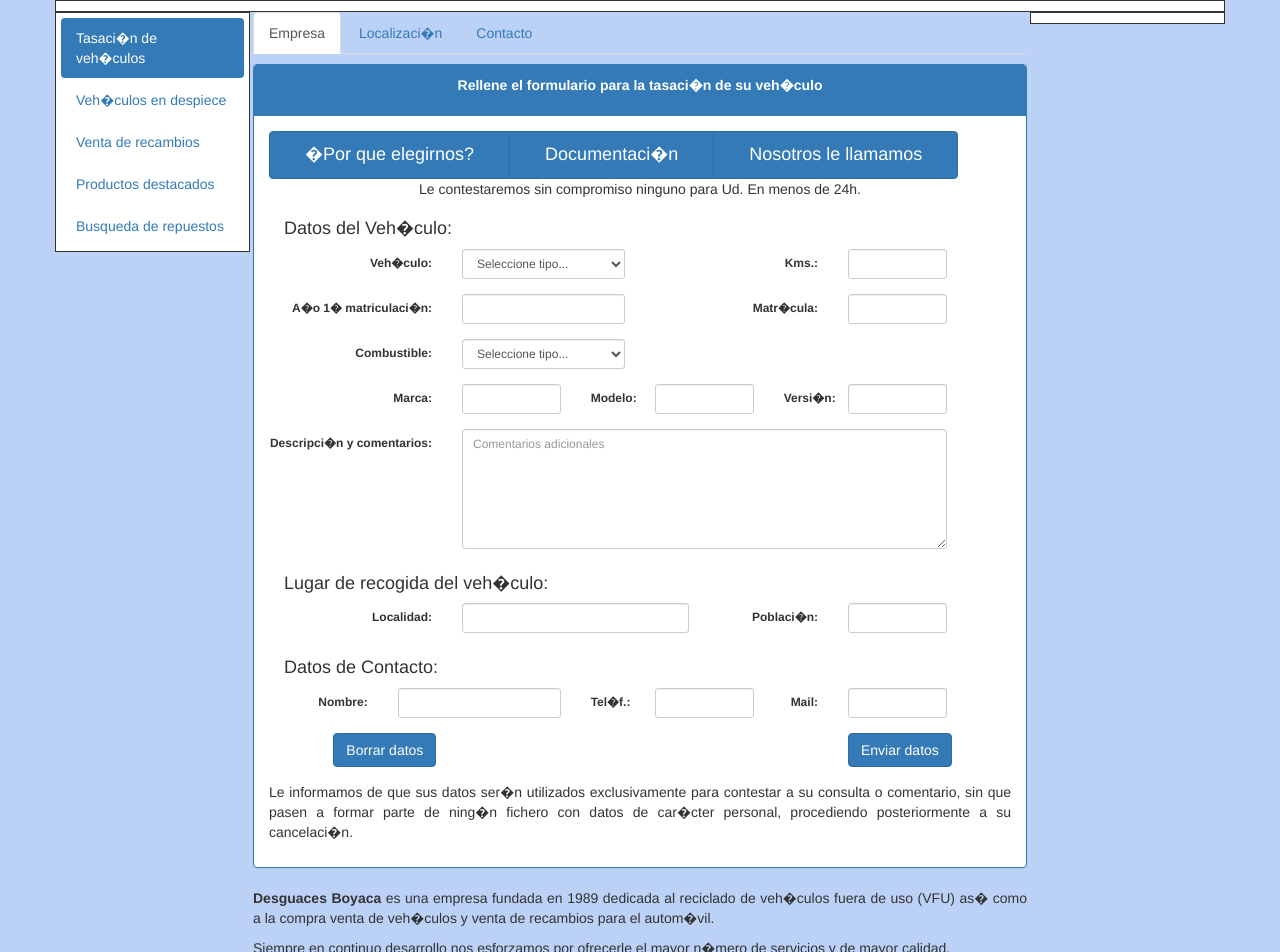
Repository: surrius/pruBoyaca
Page: http://localhost/
An editor plug-in stored every save of this project. The page is shown before and after the next save, followed by the edit.
The browser window is 1280 px wide. The pictures show the part of the page from y = 0 to 952 px (the page is 2669 px tall).
The page is run by PHP 8.4 with error messages shown; the project is at /var/www/html/.

Above is the page before, as saved 2016-03-02 11:34:30.

### Boyaca/index.php
<!DOCTYPE html>
<html lang="es">
  <head>
<!-- 	<meta http-equiv="Content-Type" content="text/html"; charset=utf-8"/>  -->
	<meta content="text/html; charset=iso-8859-1" http-equiv=Content-Type>
    <meta http-equiv="X-UA-Compatible" content="IE=edge">
    <meta name="viewport" content="width=device-width, initial-scale=1">
    <title>Autodesguaces Boyaca</title>

    <!-- Bootstrap -->
    <link href="bootstrap/css/bootstrap.min.css" rel="stylesheet">
    <link href="css/boyaca_css.css" rel="stylesheet">
    <link type="text/css" rel="stylesheet" href="css/font-awesome.min.css"/>
    <!-- jQuery (necessary for Bootstrap's JavaScript plugins) -->
    <script src="js/jquery-1.12.0.min.js"></script>
    <!-- Include all compiled plugins (below), or include individual files as needed -->
    <script src="bootstrap/js/bootstrap.min.js"></script>

    <!-- HTML5 Shim and Respond.js IE8 support of HTML5 elements and media queries -->
    <!-- WARNING: Respond.js doesn't work if you view the page via file:// -->
    <!--[if lt IE 9]>
      <script src="https://oss.maxcdn.com/libs/html5shiv/3.7.0/html5shiv.js"></script>
      <script src="https://oss.maxcdn.com/libs/respond.js/1.4.2/respond.min.js"></script>
    <![endif]-->
  </head>
  <body>
  	<div class="container">
  		<!-- Cabecera -->
  		<?php include "includes/main/head.php" ?>

      <!-- Parte central de interaccion con el MENU1 y el MENU2 -->
      <?php include "includes/main/central.php" ?>

      <!-- Pie de pÃ¡gina -->
      <?php include "includes/main/footer.php" ?>
  	</div>
  </body>
</html>

### Boyaca/includes/main/head.php
<!-- DIV contenedor de la cabecera -->

<div class="row prueba">

</div>

### Boyaca/includes/main/central.php

<!-- DIV contenedor de la informaciÃ³n seleccionada por el usuario desde el MENU1 y el MENU2 -->

<div class="row">
	<!-- Botonera del MENU 1 -->
	<div class="col-sm-2 prueba">
		<ul class="nav nav-pills nav-stacked">
			<li role="presentation" class="active"><a href="#">Tasación de vehículos</a></li>
			<li role="presentation"><a href="#">Vehículos en despiece</a></li>
			<li role="presentation"><a href="#">Venta de recambios</a></li>
			<li role="presentation"><a href="#">Productos destacados</a></li>
			<li role="presentation"><a href="#">Busqueda de repuestos</a></li>
		</ul>
	</div>

	<!-- div que recibirÃ¡ las pantallas segun la opcion de los MENUS que se pulse -->
	<div id="central" class="col-sm-8 menu-central">
		<ul class="nav nav-tabs">
			<li role="presentation" class="active">
				<a href="#">Empresa</a>
			</li>
			<li role="presentation">
				<a href="#">Localización</a>
			</li>
			<li role="presentation">
				<a href="#">Contacto</a>
			</li>
		</ul>

		<!-- Div donde se cargarÃ¡n todas las pantallas del MENU 2 -->
		<div id="cargaMenu2" class="carga-menu2">
			<!-- QUitar --> <?php include "includes/menu2/tasacion.php" ?>
			<!-- QUitar --> <?php include "includes/menu2/inicio.php" ?>
			<!-- QUitar --> <?php include "includes/menu2/localizacion.php" ?>
			<!-- QUitar --> <?php include "includes/menu2/contacto.php" ?>
		</div>
	</div>

	<!-- Area de Noticias y sellos autorizados -->
	<div class="col-sm-2 prueba">

	</div>
</div>

### Boyaca/includes/menu2/tasacion.php
<div class="panel panel-primary">
	<div class="panel-heading">
		<p class="text-center">
			<strong>Rellene el formulario para la tasación de su vehículo</strong>
		</p>
	</div>
	<div class="panel-body">
		<!-- Botones de ayuda tasaciones -->
		<div class="btn-group">
			<div class="btn-group">
				<button id="botTasPorque" class="btn btn-primary bot-tasacion">¿Por que elegirnos?</button>
			</div>
			<div class="btn-group">
				<button id="botTasDocu" class="btn btn-primary bot-tasacion">Documentación</button>
			</div>
			<div class="btn-group">
				<button id="botTasCall" class="btn btn-primary bot-tasacion">Nosotros le llamamos</button>
			</div>
		</div>

		<p class="text-center">
			Le contestaremos sin compromiso ninguno para Ud. En menos de 24h.
		</p>
		<h4 class="col-sm-12">Datos del Vehículo:</h4>
		<form id="datosTasacion" class="form-horizontal">
			<div class="form-group form-group-sm">
			<!-- Tipo de Vehículo -->
				<label for="inputVehiculo" class="col-sm-3 control-label">Vehículo:</label>
				<div class="col-sm-3">
					<select id="inputVehiculo" class="form-control">
						<option value="00">Seleccione tipo...</option>
						<option value="01">Coche</option>
						<option value="02">Furgoneta</option>
						<option value="03">Moto</option>
					</select>
				</div>
			<!-- Kilometros -->
				<label for="kilometros" class="col-sm-1  col-md-offset-2 control-label">Kms.:</label>
				<div class="col-sm-2">
					<input type="text" class="form-control" id="kilometros" placeholder="">
				</div>
			</div>

			<!-- Año Matriculación -->
			<div class="form-group form-group-sm">
				<label for="anyoMatricula" class="col-sm-3 control-label">Año 1ª matriculación:</label>
				<div class="col-sm-3">
					<input type="text" class="form-control" id="anyoMatricula" placeholder="">
				</div>
			<!-- Matricula -->
				<label for="matricula" class="col-sm-3 control-label">Matrícula:</label>
				<div class="col-sm-2">
					<input type="text" class="form-control" id="matricula" placeholder="">
				</div>
			</div>

			<!-- Combustible -->
			<div class="form-group form-group-sm">
				<label for="inputCombustible" class="col-sm-3 control-label">Combustible:</label>
				<div class="col-sm-3">
					<select id="inputCombustible" class="form-control">
						<option value="00">Seleccione tipo...</option>
						<option value="01">Gasolina</option>
						<option value="02">Diesel</option>
						<option value="03">Híbrido</option>
					</select>
				</div>
			</div>

			<!-- Datos del vehículo -->
			<div class="form-group form-group-sm">
			<!-- Marca -->
				<label for="inputMarca" class="col-sm-3 control-label">Marca:</label>
				<div class="col-sm-2">
					<input type="text" class="form-control" id="inputMarca" placeholder="">
				</div>
			<!-- Modelo -->
				<label for="inputModelo" class="col-sm-1 control-label">Modelo:</label>
				<div class="col-sm-2">
					<input type="text" class="form-control" id="inputModelo" placeholder="">
				</div>
			<!-- Version -->
				<label for="inputVersion" class="col-sm-1 control-label">Versión:</label>
				<div class="col-sm-2">
					<input type="text" class="form-control" id="inputVersion" placeholder="">
				</div>
			</div>

			<!-- Descripción y comentarios -->
			<div class="form-group form-group-sm">
				<label for="inputDescripcion" class="col-sm-3 control-label">Descripción y comentarios:</label>
				<div class="col-sm-8">
					<textarea class="form-control" id="inputDescripcion" rows="6" placeholder="Comentarios adicionales"></textarea>
				</div>
			</div>

			<!-- Lugar de recogida -->
			<h4 class="col-sm-12">Lugar de recogida del vehículo:</h4>
			<div class="form-group form-group-sm">
			<!-- Localidad -->
				<label for="inputLocalidad" class="col-sm-3 control-label">Localidad:</label>
				<div class="col-sm-4">
					<input type="text" class="form-control" id="inputLocalidad" placeholder="">
				</div>
			<!-- Población -->
				<label for="inputPoblacion" class="col-sm-2 control-label">Población:</label>
				<div class="col-sm-2">
					<input type="text" class="form-control" id="inputPoblacion" placeholder="">
				</div>
			</div>

			<!-- Datos de Contacto -->
			<h4 class="col-sm-12">Datos de Contacto:</h4>
			<div class="form-group form-group-sm">
			<!-- Marca -->
				<label for="inputMarca" class="col-sm-2 control-label">Nombre:</label>
				<div class="col-sm-3">
					<input type="text" class="form-control" id="inputMarca" placeholder="">
				</div>
			<!-- Modelo -->
				<label for="inputModelo" class="col-sm-1 control-label">Teléf.:</label>
				<div class="col-sm-2">
					<input type="text" class="form-control" id="inputModelo" placeholder="">
				</div>
			<!-- Version -->
				<label for="inputVersion" class="col-sm-1 control-label">Mail:</label>
				<div class="col-sm-2">
					<input type="text" class="form-control" id="inputVersion" placeholder="">
				</div>
			</div>

			<!-- Boton Limpiar formulario -->
			<div class="form-group form-group-sm">
				<div class="col-sm-3 col-md-offset-1">
					<button id="botTasaLimpiar" type="submit" class="btn btn-primary">Borrar datos</button>
				</div>
			<!-- Boton de envio de datos -->
				<div class="col-sm-3 col-md-offset-5">
					<button id="botTasaEnviar" type="submit" class="btn btn-primary">Enviar datos</button>
				</div>
			</div>
			<p class="text-justify">
				Le informamos de que sus datos serán utilizados exclusivamente para contestar a su consulta o comentario, sin que pasen a formar parte de ningún
				fichero con datos de carácter personal, procediendo posteriormente a su cancelación.
			</p>
		</form>
	</div>
</div>

### Boyaca/includes/menu2/inicio.php
<!--
/* **************************************************************** */
/* **************************************************************** */
/*				Codigo HTML de la pagina de Inicio					*/
/* **************************************************************** */
/* **************************************************************** */
-->
<div class="margenes">
	<p class="text-justify">
		<strong>Desguaces Boyaca</strong> es una empresa fundada en 1989 dedicada al reciclado de vehículos fuera de uso (VFU) así como a la compra venta de
		vehículos y venta de recambios para el automóvil.
	</p>
	<p class="text-justify">
		Siempre en continuo desarrollo nos esforzamos por ofrecerle el mayor número de servicios y de mayor calidad.
	</p>
	<p class="text-justify">
		Compramos su vehículo siniestrado o averiado. Nosotros nos ocupamos de todo: grua, baja de tráfico, transferencia etc... y sin
		ningún coste para usted.
	</p>
	<p class="text-justify">
		Más de 15.000 recambios en stock, todos revisados y garantizados.
	</p>
</div>

<div class="embed-responsive embed-responsive-16by9">
  	<iframe class="embed-responsive-item" src="https://www.youtube.com/embed/ho7oXw0vpfE"></iframe>
</div>

### Boyaca/includes/menu2/localizacion.php
<!--
/* **************************************************************** */
/* **************************************************************** */
/*				Codigo HTML de la pagina de Localizacion			*/
/* **************************************************************** */
/* **************************************************************** */
-->

<div class="margenes">
	<p class="text-justify">
		<strong>Nota:</strong> Inicie sesión en Google si desea interactuar con la ubicación de su casa, trabajo u otros sitios e
		información que tenga guardados.
	</p>
</div>

<div class="embed-responsive embed-responsive-16by9">
	<iframe src="https://www.google.com/maps/embed?pb=!1m14!1m8!1m3!1d97476.31931069591!2d-3.638363!3d40.228301!3m2!1i1024!2i768!4f13.1!3m3!1m2!1s0x0%3A0x76fb7586fd66fec5!2sDesguaces+Boyac%C3%A1!5e0!3m2!1ses!2sus!4v1454864953410" width="600" height="450" frameborder="0" style="border:0" allowfullscreen></iframe>
</div>

### Boyaca/includes/menu2/contacto.php
<div class="panel panel-primary">
	<div class="panel-heading">
		<p class="text-center"><strong>Rellene el formulario para contactar con nosotros</strong></p>
	</div>
	<div class="panel-body">
		<p class="text-justify">
			Puede contactar con nosotros rellenado el siguiente formulario o en la dirección info@desguacesboyaca.es.
		</p>
		<form id="datosContacto" class="form-horizontal">
			<!-- Nombre y apellidos -->
			<div class="form-group">
				<label for="inputNombre" class="col-sm-3 control-label">Nombre y apellidos</label>
				<div class="col-sm-8">
					<input type="text" class="form-control" id="inputNombre" placeholder="Nombre y apellidos">
				</div>
			</div>
			<!-- DirecciÃ³n -->
			<div class="form-group">
				<label for="inputDireccion" class="col-sm-3 control-label">Dirección</label>
				<div class="col-sm-8">
					<input type="text" class="form-control" id="inputDireccion" placeholder="Dirección">
				</div>
			</div>
			<!-- TelÃ©fono -->
			<div class="form-group">
				<label for="inputTelefono" class="col-sm-3 control-label">Teléfono</label>
				<div class="col-sm-8">
					<input type="email" class="form-control" id="inputTelefono" placeholder="Teléfono">
				</div>
			</div>
			<!-- Email -->
			<div class="form-group">
				<label for="inputEmail" class="col-sm-3 control-label">Email</label>
				<div class="col-sm-8">
					<input type="email" class="form-control" id="inputEmail" placeholder="Email">
				</div>
			</div>
			<!-- Consulta -->
			<div class="form-group">
				<label for="inputConsulta" class="col-sm-3 control-label">Consulta</label>
				<div class="col-sm-8">
					<textarea class="form-control" id="inputConsulta" rows="4" placeholder="Consulta"></textarea>
				</div>
			</div>
			<!-- Boton de envio de datos -->
			<div class="form-group">
				<div class="col-sm-3 pull-right">
					<button type="submit" class="btn btn-primary">Enviar datos</button>
				</div>
			</div>
			<p class="text-justify">
				Le informamos de que sus datos serán utilizados exclusivamente para contestar a su consulta o comentario, sin que pasen a formar parte de ningún
				fichero con datos de carácter personal, procediendo posteriormente a su cancelación.
			</p>
		</form>
	</div>
</div>

### Boyaca/includes/main/footer.php
<!-- DIV contenedor de el pie de página -->

<div class="row well">
	<footer class="footer">
		<p class="text-center">
			<span class="glyphicon glyphicon-globe" aria-hidden="true"></span>
			www.desguacesboyaca.es
		</p>
		<h6>
			<p class="text-center">Tramitar la baja de un coche | Desguaces en Madrid | Vender coche siniestrado</p>
		</h6>
	</footer>
</div>

### Boyaca/css/boyaca_css.css
/* **************************************************************** */
/* **************************************************************** */
/*  CSS con las clases externas a bootstrap usadas para el diseÃ±o   */
/*  de la pÃ¡gina web.												*/
/* **************************************************************** */
/* **************************************************************** */
/*//// QUITAR //////*/
.prueba {
  border: 1px;
  border-style: solid;
  padding: 5px;
  background-color: white;
}

/* **************************************************************** */


/* 					        Clases CSS sobre etiquetas html 				        */
/* **************************************************************** */

body {
  background-color: #bcd1f6;
}

/*          		           Nuevas clases CSS 							          */
/* **************************************************************** */

.menu-central {
	padding-left: 3px;
	padding-right: 3px;
}

.carga-menu2 {
	padding-bottom: 10px;
    padding-top: 10px;
}

.margenes {
	margin-bottom: 20px;
}

/* ************************ Pantalla de tasacion ************************ */
/* Animacion de los botones superiores de la pantalla de tasación - INI */
.bot-tasacion {
/* 	border: none; */
/* 	background: #3a7999; */
/* 	color: #f2f2f2; */
/* 	padding: 10px; */
	font-size: 18px;
/* 	border-radius: 5px; */
	position: relative;
	box-sizing: border-box;
	transition: all 500ms ease;
	padding: 10px 35px;
	overflow:hidden;
}

/* Botón Porque */
#botTasPorque.bot-tasacion:before {
	font-family: FontAwesome;
	content:"\f059";
	position: absolute;
	top: 11px;
	left: -30px;
	transition: all 200ms ease;
}

#botTasPorque.bot-tasacion:hover:before {
	left: 7px;
}

/* Botón Documentacion */
#botTasDocu.bot-tasacion:before {
	font-family: FontAwesome;
	content:"\f0f6";
	position: absolute;
	top: 11px;
	left: -30px;
	transition: all 200ms ease;
}

#botTasDocu.bot-tasacion:hover:before {
	left: 7px;
}

/* Botón Nosotros le llamamos */
#botTasCall.bot-tasacion:before {
	font-family: FontAwesome;
	content:"\f095";
	position: absolute;
	top: 11px;
	left: -30px;
	transition: all 200ms ease;
}

#botTasCall.bot-tasacion:hover:before {
	left: 7px;
}
/* Animacion de los botones superiores de la pantalla de tasación - FIN */
/* ******************************************************************** */

Loaded but not shown: Boyaca/bootstrap/css/bootstrap.min.css (library); Boyaca/css/font-awesome.min.css (library); Boyaca/js/jquery-1.12.0.min.js (library); Boyaca/bootstrap/js/bootstrap.min.js (library)

After the next save:
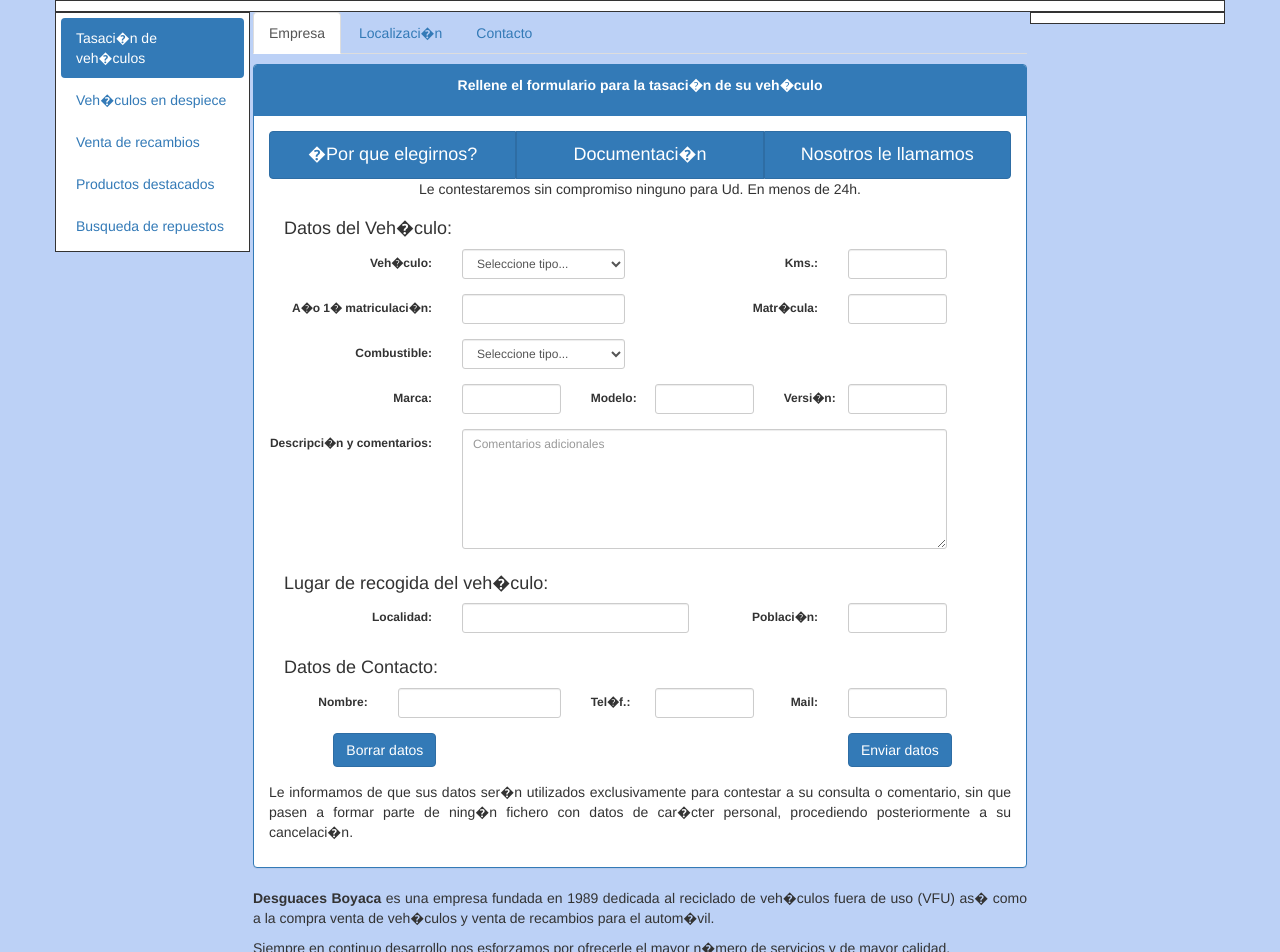
Saved 3 min 18 s later.
--- a/Boyaca/includes/menu2/tasacion.php
+++ b/Boyaca/includes/menu2/tasacion.php
@@ -6,7 +6,7 @@
 	</div>
 	<div class="panel-body">
 		<!-- Botones de ayuda tasaciones -->
-		<div class="btn-group">
+		<div class="btn-group btn-group-justified">
 			<div class="btn-group">
 				<button id="botTasPorque" class="btn btn-primary bot-tasacion">¿Por que elegirnos?</button>
 			</div>
